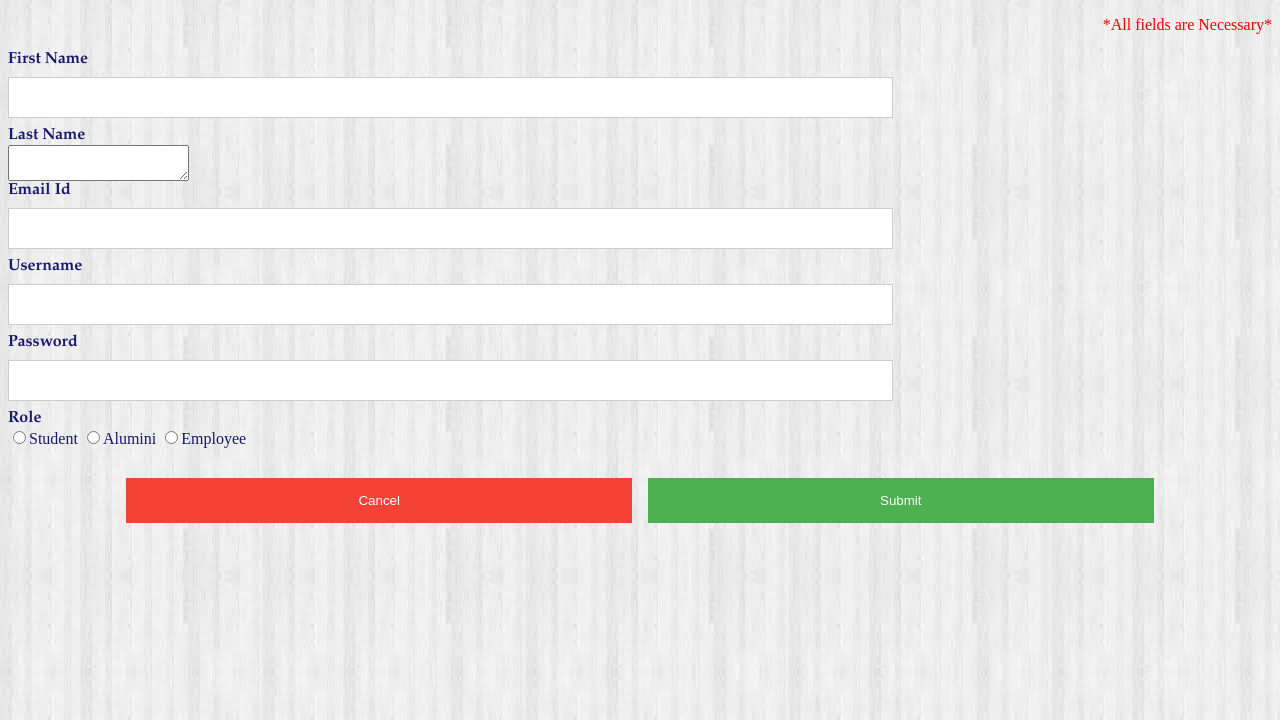
Repository: SwapnilYeldi/Project-2
Page: frontend/WebContent/views/jobform.html
An editor plug-in stored every save of this project. The page is shown before and after the next save, followed by the edit.
The browser window is 1280 px wide. The pictures show the whole page.

Above is the page before, as saved 2017-07-17 16:52:59.

### frontend/WebContent/views/jobform.html
<!DOCTYPE html PUBLIC "-//W3C//DTD HTML 4.01 Transitional//EN" "http://www.w3.org/TR/html4/loose.dtd">
<html>
<head>

<meta http-equiv="Content-Type" content="text/html; charset=ISO-8859-1">
<title>Register</title>

<style>
input[type=text], input[type=password] {
    width: 70%;
    padding: 12px 20px;
    margin: 8px 0;
    display: inline-block;
    border: 1px solid #ccc;
    box-sizing: border-box;
}

.cancelbtn {
color: white;
    padding: 15px 40px;
    margin: 30px 0;
    border: none;
    cursor: pointer;
   background-color: #f44336;
    width:40%;
}
.signupbtn {
color: white;
    padding: 15px 40px;
    margin: 30px 0;
    border: none;
    cursor: pointer;
background-color: #4CAF50;
    float: center;
    width: 40%;
}
</style>

</head>

<body background ="resources\image\login.jpg">



 <form> <!-- action="user" method="POST" onsubmit="return checkPass()"> -->
<font color="MIDNIGHTBLUE">
<div class="container">
<p align="right">
<label><font color="red"> *All fields are Necessary*</font></label><br></p>
<label><b><font face="Garamond">First Name</b></font></label><br>
<input type="text" ng-model="job.jobTitle"><br>
<label><font face="Garamond"><b>Last Name</b></font></label><br>
<textarea ng-model="job.jobDescription"></textarea><br>
<!-- <label><font face="Garamond"><b>User Name-*Generate new user name</b></font></label><br>
<input type="text" name="uname"  required><br> -->

<label><font face="Garamond"><b>Email Id</b></font></label><br>
<input type="text" ng-model="job.yrsOfExp"><br>

<label><font face="Garamond"><b>Username</b></font></label><br>
<input type="text" ng-model="job.salary"><br>
<label><font face="Garamond"><b> Password</b></font></label><br>
<input type="text" ng-model="job.skillsRequired"><br>

<!-- <label><font face="Garamond"><b>Confirm password</b></font></label><br>
<input type="text" ng-model="job.location"><br> -->

<label><font face="Garamond"><b>Role</b></font></label><br>
<input type="radio" ng-model="user.role" value="Student">Student
<input type="radio" ng-model="user.role" value="Alumini">Alumini
<input type="radio" ng-model="user.role" value="Employee">Employee<br>




</div>
<center>
<!-- <h4><input type="checkbox" checked="checked">I Agree<a href="#"><u>Terms and Privacy.</u></a></h3> -->
<input type="button" class="cancelbtn" value="Cancel">&nbsp;&nbsp;&nbsp;
<input type="submit" class="signupbtn"  ng-click="register()"><center>

	</font>
</form>



</body>

</html>




<!-- <form>
<span class="">{{message}}</span>
Enter Job Title<input type="text" ng-model="job.jobTitle"><br>
Enter Job Description<textarea ng-model="job.jobDescription"></textarea><br>
Enter years of Experience<input type="text" ng-model="job.yrsOfExp"><br>
Enter Salary<input type="text" ng-model="job.salary"><br>
Enter Skill Required<input type="text" ng-model="job.skillsRequired"><br>
Enter location<input type="text" ng-model="job.location"><br>
Enter Company Name<input type="text" ng-model="job.companyName"><br>

<input type="submit" value="saveJob" ng-click="saveJob()">

</form> -->

After the next save:
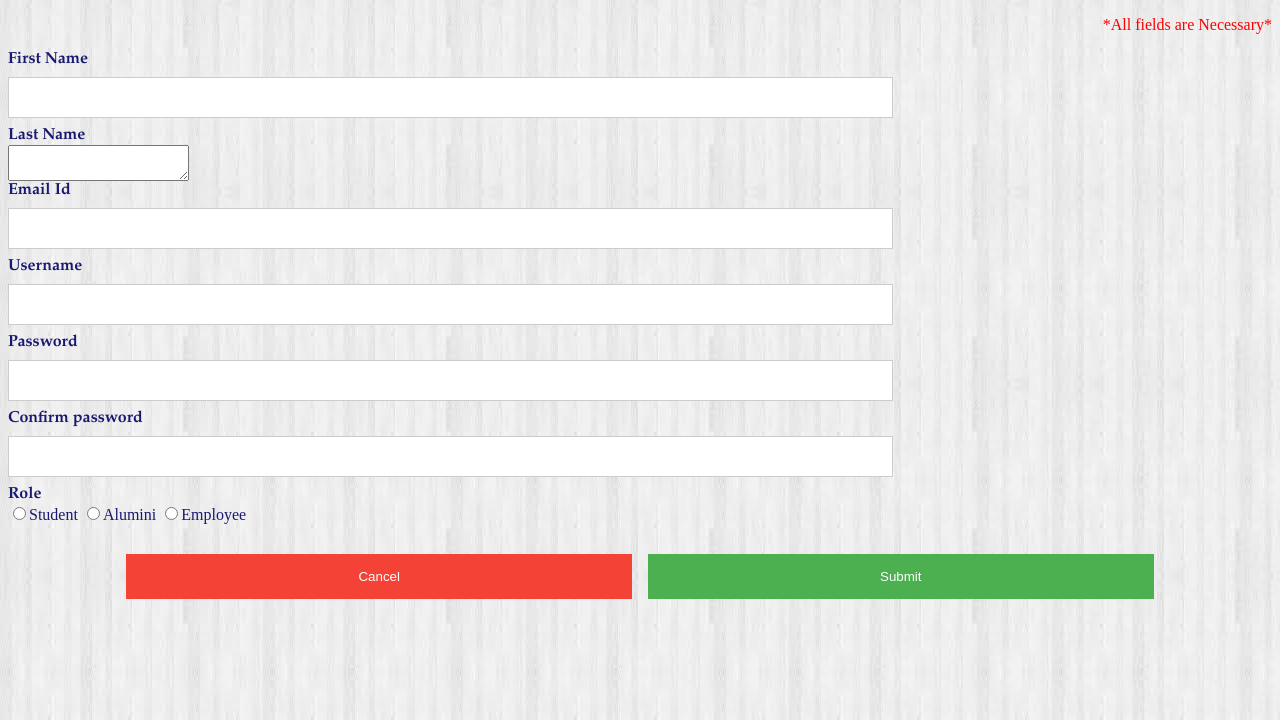
Saved 5 s later.
--- a/frontend/WebContent/views/jobform.html
+++ b/frontend/WebContent/views/jobform.html
@@ -62,8 +62,8 @@ background-color: #4CAF50;
 <label><font face="Garamond"><b> Password</b></font></label><br>
 <input type="text" ng-model="job.skillsRequired"><br>
 
-<!-- <label><font face="Garamond"><b>Confirm password</b></font></label><br>
-<input type="text" ng-model="job.location"><br> -->
+<label><font face="Garamond"><b>Confirm password</b></font></label><br>
+<input type="text" ng-model="job.location"><br>
 
 <label><font face="Garamond"><b>Role</b></font></label><br>
 <input type="radio" ng-model="user.role" value="Student">Student
